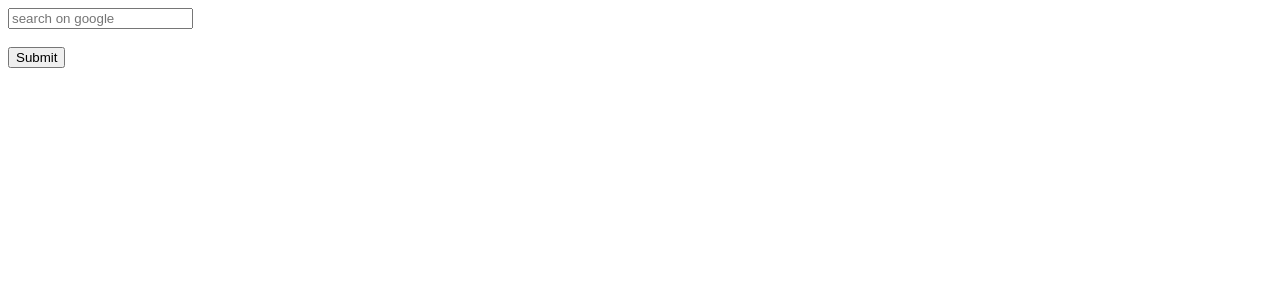
Repository: sanketvekariya23/advance_java_eclipse
Page: send_Redirect/index.html
The author's editor kept a copy of each file at every save. The page is drawn from the files as they stood at one save, then again after the next save.
The browser window is 1280 px wide. The pictures show the whole page.

Above is the page before, as saved 2024-02-13 05:32:42.

After the next save:
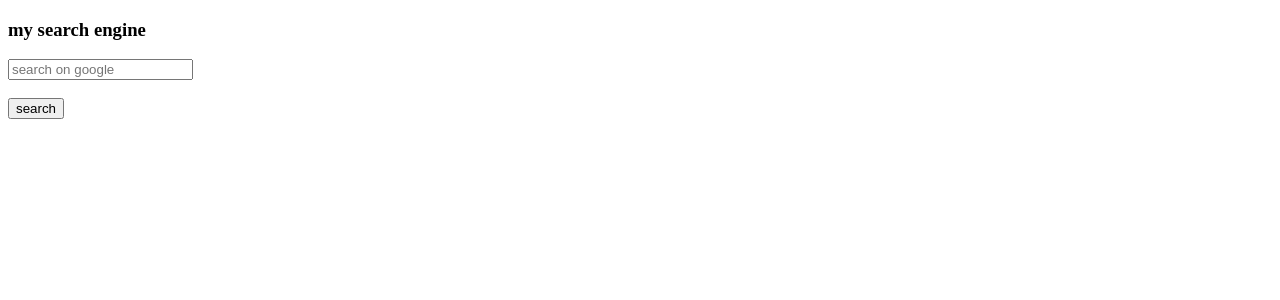
Saved 7 min 44 s later.
--- a/send_Redirect/index.html
+++ b/send_Redirect/index.html
@@ -5,9 +5,10 @@
 <title>Insert title here</title>
 </head>
 <body>
-	<form action="search" method = "post">
-	<input type = "text" name="search" placeholder = "search on google"/> <br/> <br/>
-	<input type="submit" name = "search here" /> <br/> <br/>
+	<h3>my search engine</h3>
+	<form action="mylogin" method = "post">
+		<input type="text" name="search" placeholder="search on google" /> <br/> <br/>
+		<input type = "submit" value = "search" />
 	</form>
 </body>
 </html>
